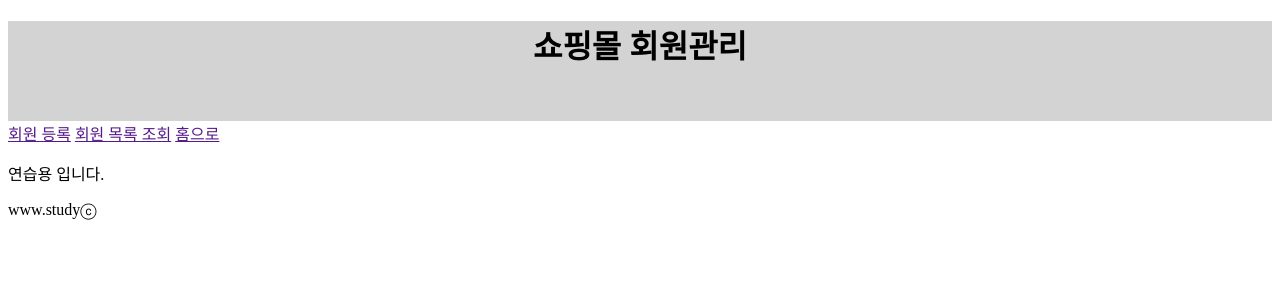
Repository: jieun000/Craftsman_Information_Processing
Page: http://localhost/00_study/
The author's editor kept a copy of each file at every save. The page is drawn from the files as they stood at one save, then again after the next save.
The browser window is 1280 px wide. The pictures show the whole page.
The page is served by Tomcat 9. Other server files are loaded and not shown.

Above is the page before, as saved 2023-07-02 13:16:25.

### 00_study/WebContent/index.jsp
<%@ page language="java" contentType="text/html; charset=UTF-8"
    pageEncoding="UTF-8"%>
<!DOCTYPE html>
<html>
<head>
<meta charset="UTF-8">
<title>Insert title here</title>
<style>
	. {
		margin: 0px;
		padding: 0px;
	}
	header {
		width: 100%;
		height: 100px;
		background: lightgray;
		text-align: center;
	}
</style>
</head>
<body>
	<header>
		<h1>쇼핑몰 회원관리</h1>
	</header>
	<nav>
		<a href="">회원 등록</a>
		<a href="">회원 목록 조회</a>
		<a href="">홈으로</a>
	</nav>
	<p>연습용 입니다.</p>
	<footer>
		www.studyⓒ
	</footer>
</body>
</html>

After the next save:
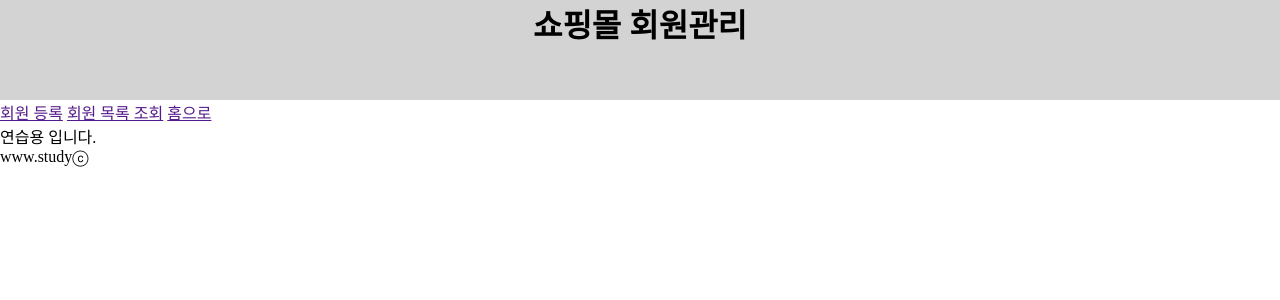
Saved 4 s later.
--- a/00_study/WebContent/index.jsp
+++ b/00_study/WebContent/index.jsp
@@ -6,7 +6,7 @@
 <meta charset="UTF-8">
 <title>Insert title here</title>
 <style>
-	. {
+	* {
 		margin: 0px;
 		padding: 0px;
 	}
